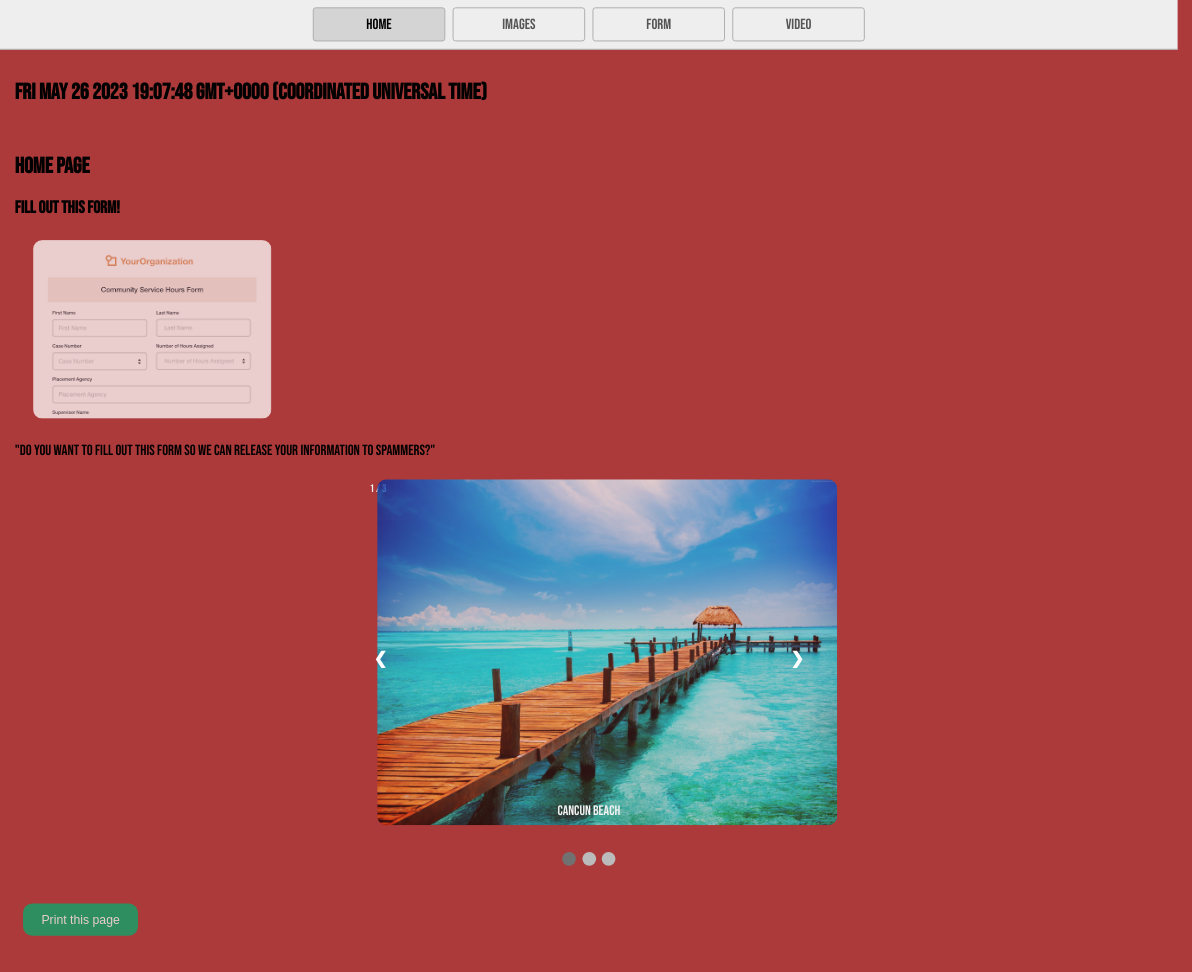
Repository: sebas6292/palmTree-Final
Page: Home.html
An editor plug-in stored every save of this project. The page is shown before and after the next save, followed by the edit.
The browser window is 1280 px wide. The page is 1280 px wide, then 1296 px, then 1280 px, so the pictures cover 1296 px, including what lies to the right of the window. The pictures show the whole page, at 92% of full size.

Above is the page before, as saved 2023-06-03 16:42:56.

### Home.html
<!DOCTYPE html>
<html lang="en">
  <head>
    <title>Jeff's Final</title>
    <meta charset=" UTF-8" />
    <meta name="viewport" content="width=device-width" />
  <link rel="icon" href="/Assets/favicon.jpg" type="image/x-icon">
    <link rel="preconnect" href="https://fonts.googleapis.com">
    <link rel="preconnect" href="https://fonts.gstatic.com" crossorigin>
    <link href="https://fonts.googleapis.com/css2?family=Bebas+Neue&display=swap" rel="stylesheet">
    <link rel="stylesheet" href="styles.css" />
    <script type="module" src="script.js"></script>
  </head>
  <body>
    <nav>
      <a href="/Home.html" aria-current="page">Home</a>
      <a href="/Images.html">Images</a>
      <a href="/Form.html">Form</a>
      <a href="/Video.html">Video</a>
    </nav>
    <main>
      <h1 id="currentDate">

      </h1>

        <br>
      <h1>Home page</h1>
      <div>
        <h3>Fill out this Form!</h3>
        <a
          href="/Form.html"
        >
          <img src="./Assets/form.png" />
        </a>
        <p>"Do you want to fill out this form so we can release your information to spammers?"</p>
      </div>
      <!-- Slideshow container -->
<div class="slideshow-container">

  <!-- Full-width images with number and caption text -->
  <div class="mySlides fade">
    <div class="numbertext">1 / 3</div>
    <img src="/Assets/CancunBeach.jpeg" style="width:100%">
    <div class="text">Cancun Beach</div>
  </div>

  <div class="mySlides fade">
    <div class="numbertext">2 / 3</div>
    <img src="/Assets/PhilipinesBeach.jpeg" style="width:100%">
    <div class="text">Philipines Beach</div>
  </div>

  <div class="mySlides fade">
    <div class="numbertext">3 / 3</div>
    <img src="/Assets/FijiBeach.jpeg" style="width:100%">
    <div class="text">Fiji Beach</div>
  </div>

  <!-- Next and previous buttons -->
  <a class="prev" onclick="plusSlides(-1)">&#10094;</a>
  <a class="next" onclick="plusSlides(1)">&#10095;</a>
</div>
<br>

<!-- The dots/circles -->
<div style="text-align:center">
  <span class="dot" onclick="currentSlide(1)"></span>
  <span class="dot" onclick="currentSlide(2)"></span>
  <span class="dot" onclick="currentSlide(3)"></span>
</div>
    </main>
    <button onclick="window.print()">Print this page</button>
  </body>
</html>

### styles.css
* {
    box-sizing: border-box;
  }

/* Slideshow container */
.slideshow-container {
  max-width: 500px;
  position: relative;
  margin: auto;
}

/* Hide the images by default */
.mySlides {
  display: none;
}

/* Next & previous buttons */
.prev, .next {
  cursor: pointer;
  position: absolute;
  top: 50%;
  width: auto;
  margin-top: -22px;
  padding: 16px;
  color: white;
  font-weight: bold;
  font-size: 18px;
  transition: 0.6s ease;
  border-radius: 0 3px 3px 0;
  user-select: none;
}

/* Position the "next button" to the right */
.next {
  right: 0;
  border-radius: 3px 0 0 3px;
}

/* On hover, add a black background color with a little bit see-through */
.prev:hover, .next:hover {
  background-color: rgba(0,0,0,0.8);
}

/* Caption text */
.text {
  color: #f2f2f2;
  font-size: 15px;
  padding: 8px 12px;
  position: absolute;
  bottom: 8px;
  width: 100%;
  text-align: center;
}

/* Number text (1/3 etc) */
.numbertext {
  color: #f2f2f2;
  font-size: 12px;
  padding: 8px 12px;
  position: absolute;
  top: 0;
}

/* The dots/bullets/indicators */
.dot {
  cursor: pointer;
  height: 15px;
  width: 15px;
  margin: 0 2px;
  background-color: #bbb;
  border-radius: 50%;
  display: inline-block;
  transition: background-color 0.6s ease;
}

.active, .dot:hover {
  background-color: #717171;
}

/* Fading animation */
.fade {
  animation-name: fade;
  animation-duration: 1.5s;
}

@keyframes fade {
  from {opacity: .4}
  to {opacity: 1}
}


  body {
    margin: 0;
    font-family: 'Bebas Neue', sans-serif;
    color: black;
    background-color: white;
  }
  @keyframes body {
    0%   {background-color: white;}
    25%  {background-color: brown}
    50%  {background-color: purple;}
    100% {background-color: black;}
  }
  body {
    background-color: white;
    animation-name: body;
    animation-duration: 30s;
  }

  nav {
    display: flex;
    flex-wrap: wrap;
    align-items: center;
    justify-content: center;
    padding: 0.5rem;
    gap: 0.5rem;
    border-bottom: solid 1px #aaa;
    background-color: #eee;
  }

  nav a {
    display: inline-block;
    min-width: 9rem;
    padding: 0.5rem;
    border-radius: 0.2rem;
    border: solid 1px #aaa;
    text-align: center;
    text-decoration: none;
    color: #555;
  }

  nav a[aria-current='page'] {
    color: #000;
    background-color: #d4d4d4;
  }

  main {
    padding: 1rem;
  }

  h1 {
    font-weight: bold;
    font-size: 1.5rem;
  }
  .form-title {
    margin-left: 57px;
    color: whitesmoke;
    padding-top: 15px;
  }

  .bg-img {
    background-image: url('/Assets/pier2.jpeg');
    height: 500px;
    border-radius: 10px;
  }

  .form-container {
    position: absolute;
    margin: 0 0 0 40px;
    max-width: 400px;
    padding: 24px;
    background-color: whitesmoke;
    border-radius: 10px;
  }
  input[type=text], input[type=password], input[id=comment] {
    width: 100%;
    padding: 10px;
    border: none;
    background: #f1f1f1;
    border-radius: 5px;
  }

  button {
    background-color: #04AA6D;
    padding: 10px 20px 10px 20px;
    margin: 20px 0px 40px 25px;
    border-radius: 10px;
    cursor: pointer;
    color: white;
    border: none;
    opacity: 0.75;
  }
  button:hover {
    opacity: 1.25;
  }
  .btn {
    background-color: #04AA6D;
    color: white;
    margin-bottom: .5rem ;
    padding: 5px 0 5px 0;
    border: none;
    cursor: pointer;
    border-radius: 5px;
    width: 100%;
    opacity: 0.75;
  }
  .btn:hover {
    opacity: 1;
  }
  img {
    border-radius: 10px;
    margin: 5px 0 5px 20px;
    opacity: .75;
  }
  img:hover {
    opacity: 1;
    width: 300px;
  }
  .video-title {
   margin: 0px 0 0 20px;
   padding-top: 20px;
  }

  video {
    margin: 20px 0 0 15px;
    border-radius: 10px;
  }

### script.js
const displayDate = document.getElementById("currentDate");
displayDate.innerHTML = Date();

          let slideIndex = 1;
showSlides(slideIndex);

// Next/previous controls
function plusSlides(n) {
  showSlides(slideIndex += n);
}

// Thumbnail image controls
function currentSlide(n) {
  showSlides(slideIndex = n);
}

function showSlides(n) {
  let i;
  let slides = document.getElementsByClassName("mySlides");
  let dots = document.getElementsByClassName("dot");
  if (n > slides.length) {slideIndex = 1}
  if (n < 1) {slideIndex = slides.length}
  for (i = 0; i < slides.length; i++) {
    slides[i].style.display = "none";
  }
  for (i = 0; i < dots.length; i++) {
    dots[i].className = dots[i].className.replace(" active", "");
  }
  slides[slideIndex-1].style.display = "block";
  dots[slideIndex-1].className += " active";
}

After the next save:
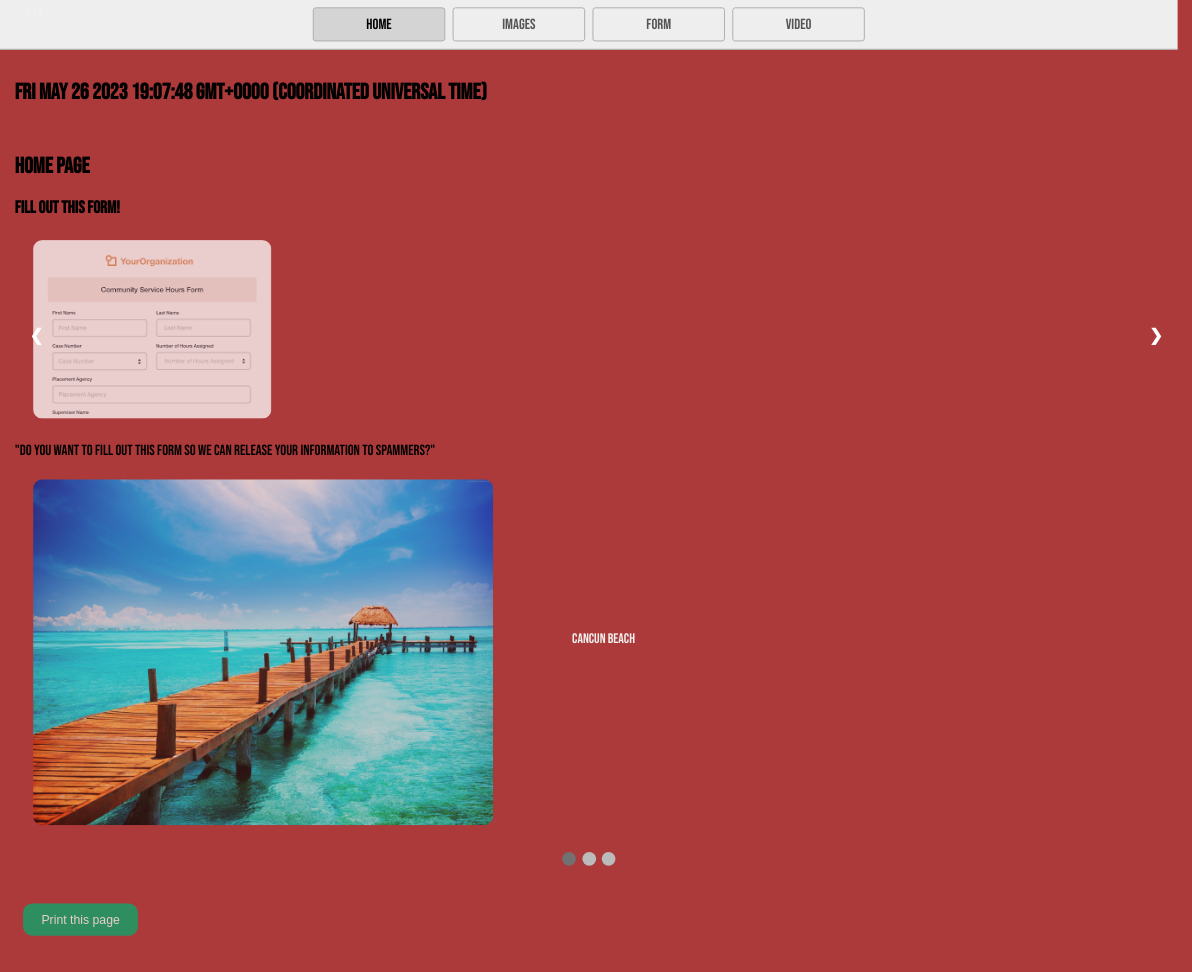
Saved 29 s later.
--- a/styles.css
+++ b/styles.css
@@ -5,8 +5,8 @@
 /* Slideshow container */
 .slideshow-container {
   max-width: 500px;
-  position: relative;
-  margin: auto;
+  /* position: relative;
+  margin: auto; */
 }
 
 /* Hide the images by default */

After the save that followed:
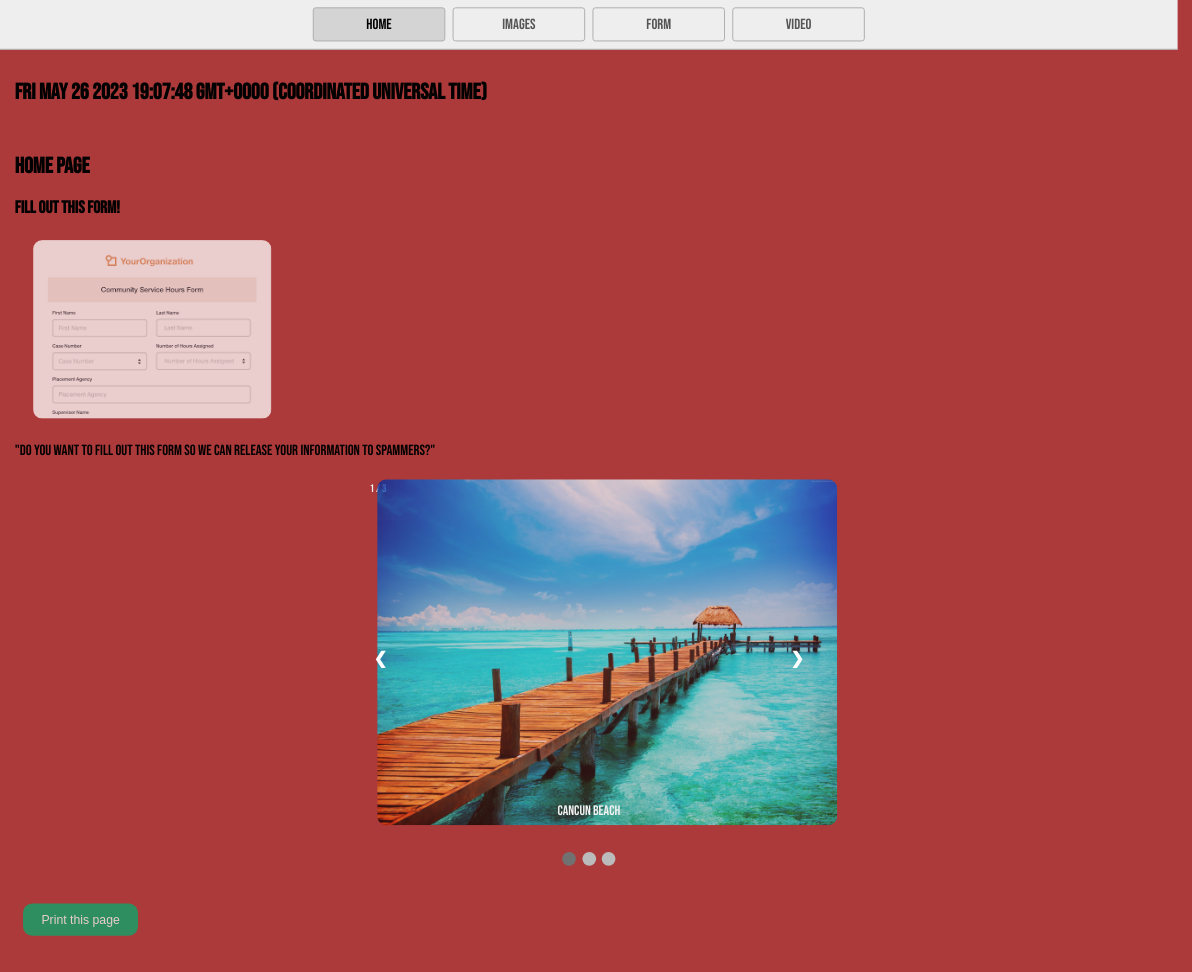
Saved 48 s later.
--- a/styles.css
+++ b/styles.css
@@ -5,8 +5,8 @@
 /* Slideshow container */
 .slideshow-container {
   max-width: 500px;
-  /* position: relative;
-  margin: auto; */
+  position: relative;
+  margin: auto;
 }
 
 /* Hide the images by default */
